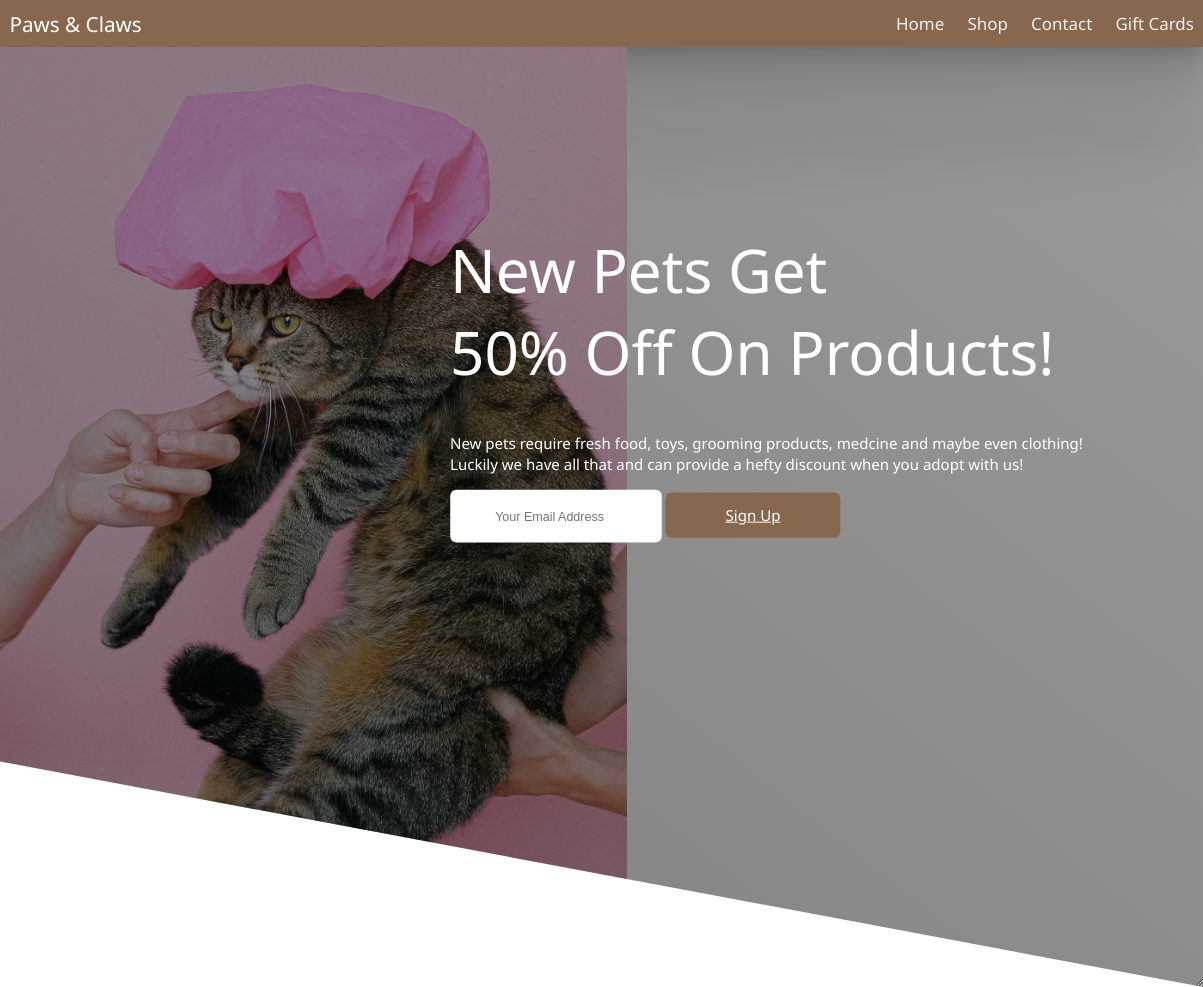
Repository: LtGriff/petProject
Page: dist/about.html
An editor plug-in stored every save of this project. The page is shown before and after the next save, followed by the edit.
The browser window is 1280 px wide. The pictures show the whole page, at 94% of full size.

Above is the page before, as saved 2022-05-19 07:53:43.

After the next save:
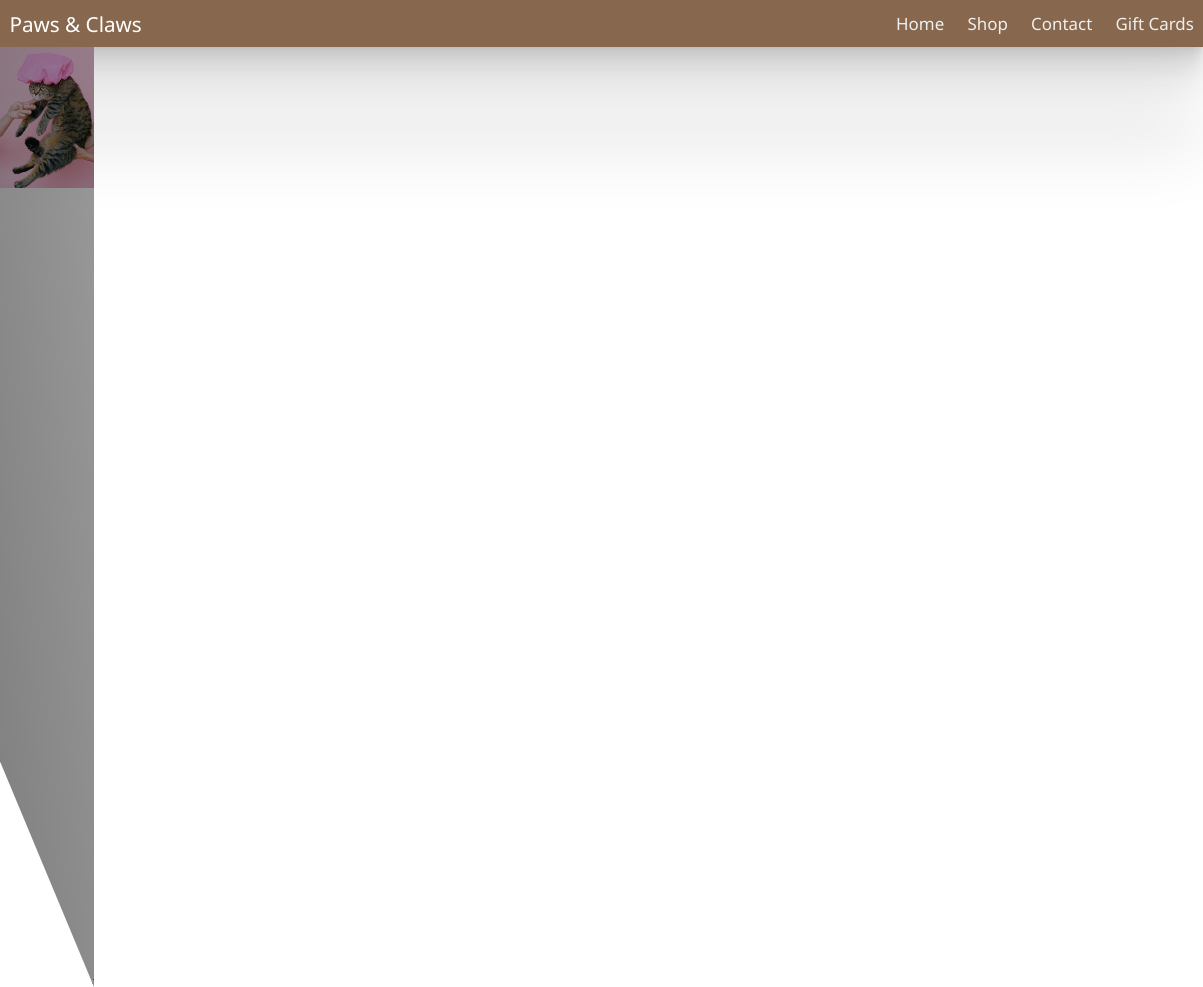
Saved 7 s later.
--- a/dist/CSS/about.css
+++ b/dist/CSS/about.css
@@ -79,7 +79,7 @@
     url("../img/catpink.jpg");
     background-size: contain;
     background-repeat: no-repeat;
-    width: auto;
+    width: 100px;
     height: 1000px;
     resize: both;
     overflow: scroll;
